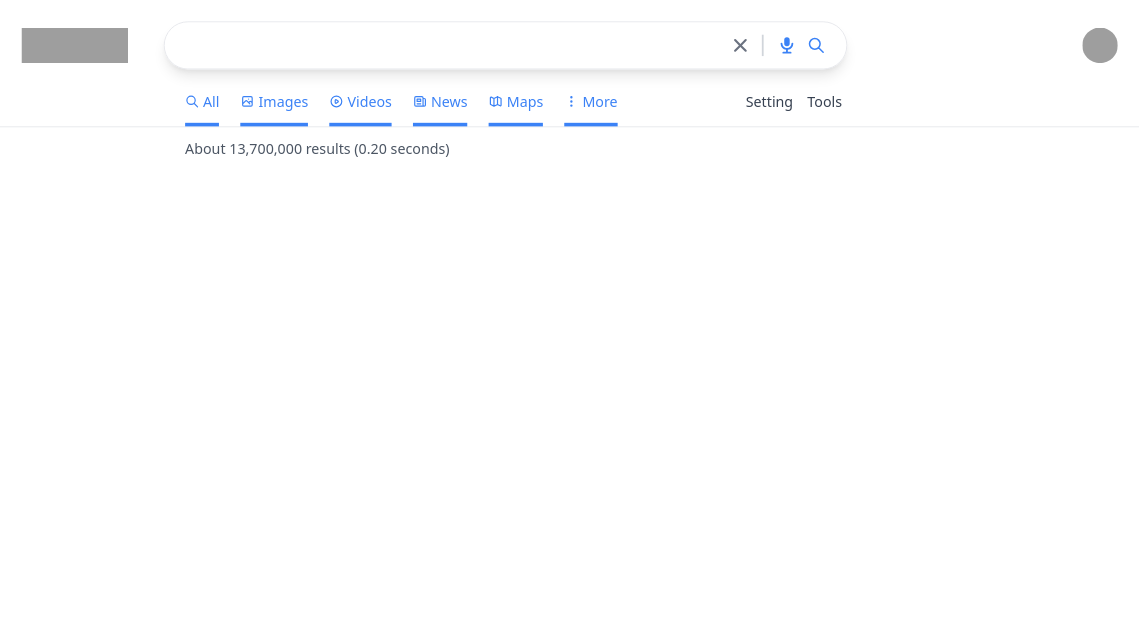
Repository: JuanOnly/google-clone
Page: /search
These files come from the project's save history. The page is drawn as it stood at one moment and after the next save; the edit follows.
The browser window is 1280 px wide. The pictures show the whole page, at 89% of full size.
Pictures or frames that could not be fetched are drawn as grey boxes. The project was rebuilt for these pictures with package versions that can differ from the ones it lists, and the page was loaded fresh each time. The framework's server and built-in components were replaced by stand-ins that run in the browser. Also part of the build but not shown: next.config.js, Response.js.

Above is the page before, as saved 2021-05-24 17:09:04.

After the next save:
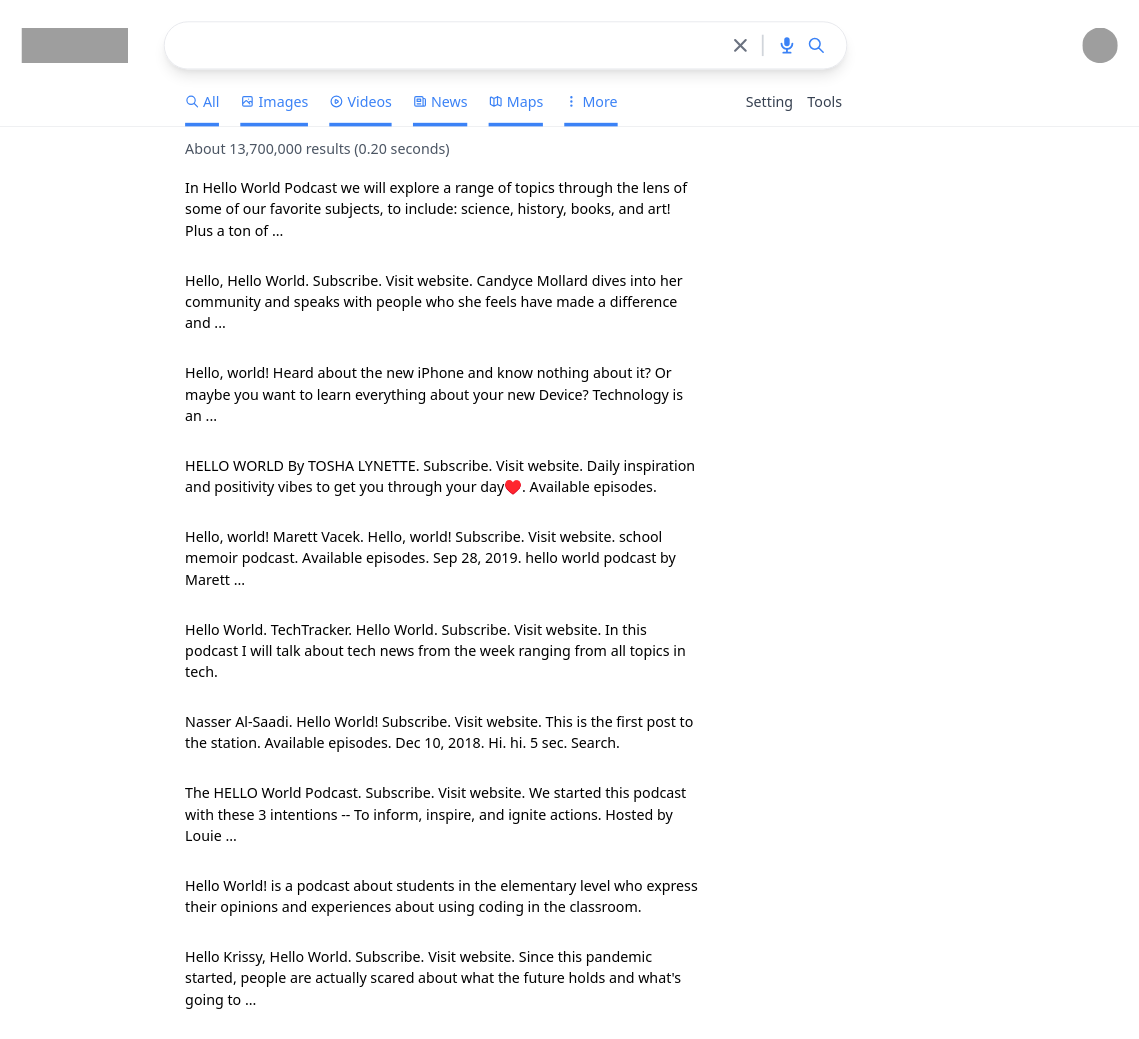
Saved 9 min 52 s later.
--- a/components/SearchResults.js
+++ b/components/SearchResults.js
@@ -7,7 +7,10 @@
       </p>
 
       {results.items?.map((result) => (
-        <div key={result.link} className=""></div>
+        <div key={result.link} className="max-w-xl mb-8">
+          <div></div>
+          <p>{result.snippet}</p>
+        </div>
       ))}
     </div>
   );
